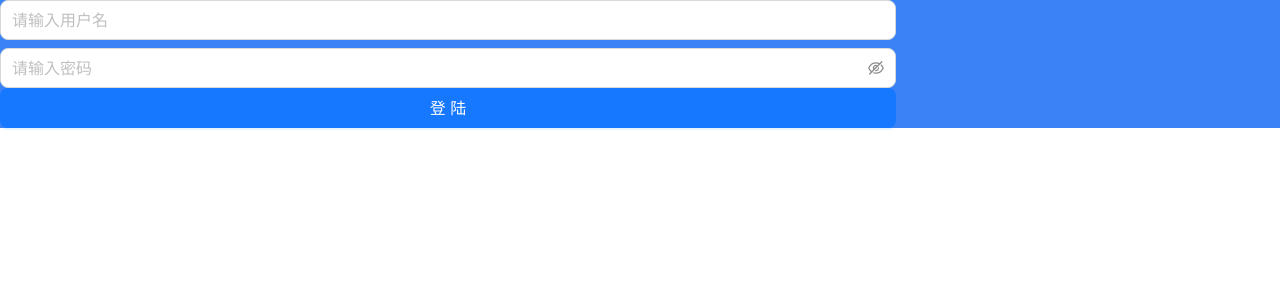
Repository: wujieli0207/tiny-flash-card
Page: /#/login
The author's editor kept a copy of each file at every save. The page is drawn from the files as they stood at one save, then again after the next save.
The browser window is 1280 px wide. The pictures show the whole page.
The project was rebuilt for these pictures with package versions that can differ from the ones it lists, and the page was loaded fresh each time. Also part of the build but not shown: vite.config.ts.

Above is the page before, as saved 2023-06-11 18:23:41.

After the next save:
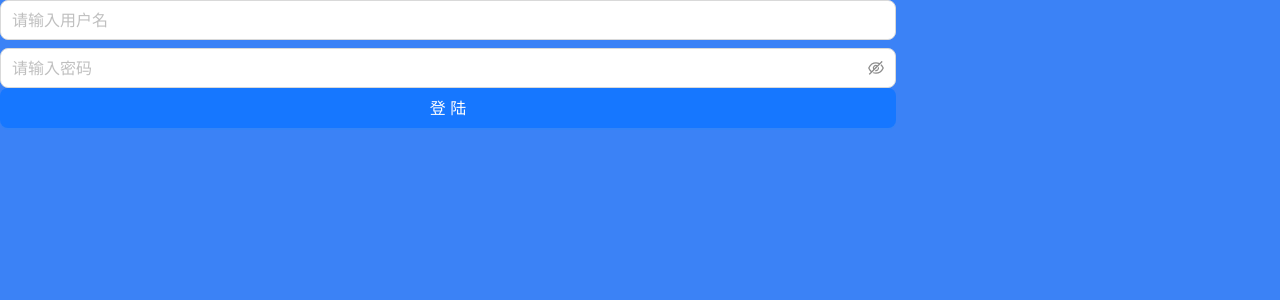
Saved 20 s later.
--- a/src/client/pages/login.tsx
+++ b/src/client/pages/login.tsx
@@ -29,7 +29,7 @@ const Login = () => {
   }
 
   return (
-    <div className="bg-blue-500">
+    <div className="h-screen w-screen bg-blue-500">
       <PageTitle title="登陆" />
 
       <div className="w-[70%]">
